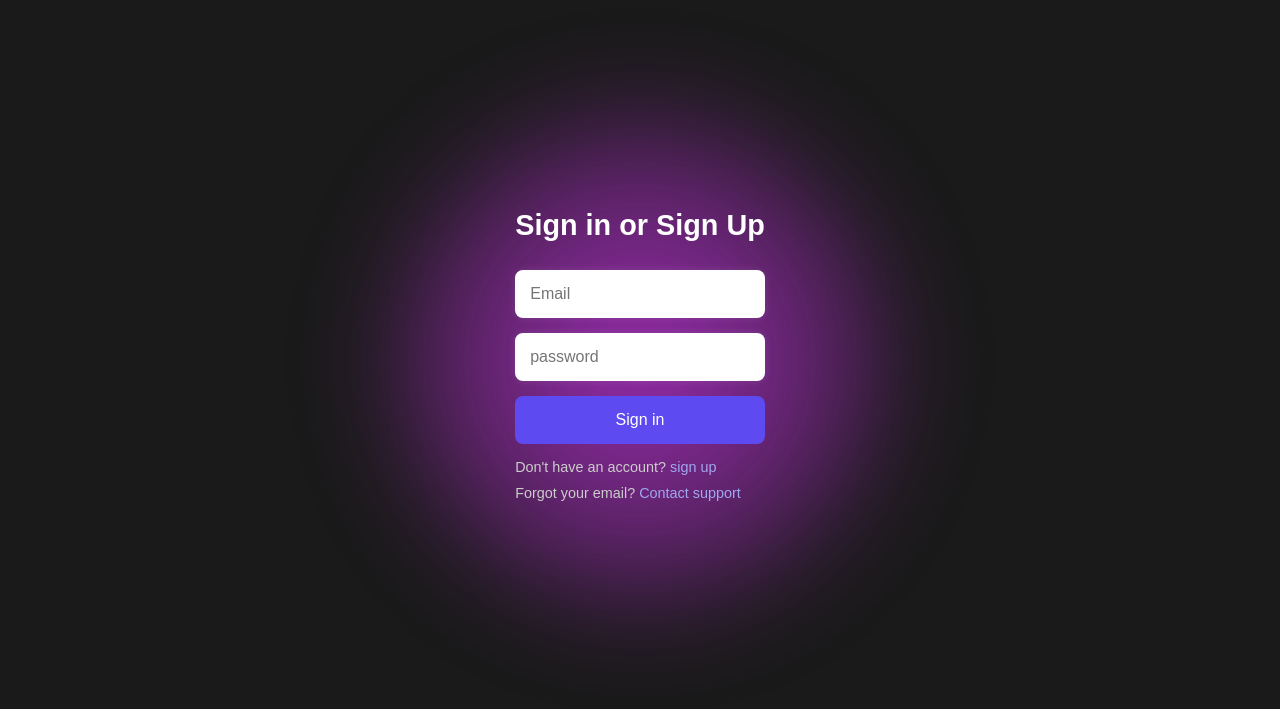
Repository: cmd-keyu/mobileppsh
Page: pages/login.html
These files come from the project's save history. The page is drawn as it stood at one moment and after the next save; the edit follows.
The browser window is 1280 px wide. The pictures show the whole page.

Above is the page before, as saved 2024-11-12 00:13:55.

### pages/login.html
<!DOCTYPE html>
<html lang="en">
<head>
  <meta charset="UTF-8">
  <meta name="viewport" content="width=device-width, initial-scale=1.0">
  <title>Sign In Form</title>
  <link rel="stylesheet" href="../css/login.css">
  <script src="../javascript/login.js" defer></script>
</head>
<body>
  <div class="container">
    <div class="glow-box">
      <h2 style="color: white;">Sign in or Sign Up</h2>
      <br>
      <!-- <p>All that is required is only your email for sign-up or sign-in!!</p> -->
      <form action="account.html">
        <div class="sign-up">
            <input type="text" placeholder="name" class="disabled-btn">
            <br>
            <br>
            <input type="text" placeholder="address (Optional)">
            <br>
            </div>
        <input type="email" placeholder="Email" required>
        <input type="password" placeholder="password" required>
        <button type="submit" class="sign-in-btn-hide">Sign in</button>
        <button type="submit" class="sign-up-btn-hide">Sign up</button>
      </form>
      <div class="support">
        <p class="sign-up-text-hide">Don't have an account? <label for="sign-up-btn" class="colorsnup">sign up</label><button class="sign-up-btn hide-btn2" id="sign-up-btn">sign up</button></p>
        <p class="sign-in-text-hide">Already have an account? <label for="sign-in-btn" class="colorsnup">sign in</label><button class="sign-in-btn hide-btn2" id="sign-in-btn">sign in</button></p>
        <p>Forgot your email? <a href="#">Contact support</a></p>
      </div>
    </div>
  </div>
</body>
</html>

### css/login.css
* {
    margin: 0;
    padding: 0;
    box-sizing: border-box;
    font-family: Arial, sans-serif;
  }

  body {
    display: flex;
    justify-content: center;
    align-items: center;
    height: 100vh;
    background-color: #1a1a1a;
  }

  .container {
    display: flex;
    justify-content: center;
    align-items: center;
    height: 100%;
  }

  .glow-box::before {
    content: '';
    position: absolute;
    top: 50%;
    left: 50%;
    width: 500px;
    height: 500px;
    background: radial-gradient(circle, rgba(213, 52, 245, 0.719), transparent);
    transform: translate(-50%, -50%);
    z-index: -1;
    border-radius: 50%;
    filter: blur(50px);
  }

  h2 {
    font-size: 1.8em;
    margin-bottom: 10px;
  }
  label:hover{

    text-decoration: underline;

  }

  p {
    margin-bottom: 10px;
    font-size: 0.9em;
    color: #ccc;
  }

  form {
    display: flex;
    flex-direction: column;
    gap: 15px;
  }

  input[type="email"] {
    padding: 15px;
    font-size: 1em;
    border: none;
    border-radius: 8px;
    outline: none;
    width: 100%;
    box-shadow: 0 0 8px rgba(255, 255, 255, 0.1);
  }
  input[type="password"] {
    padding: 15px;
    font-size: 1em;
    border: none;
    border-radius: 8px;
    outline: none;
    width: 100%;
    box-shadow: 0 0 8px rgba(255, 255, 255, 0.1);
  }

  input[type="text"] {
    padding: 15px;
    font-size: 1em;
    border: none;
    border-radius: 8px;
    outline: none;
    width: 100%;
    box-shadow: 0 0 8px rgba(255, 255, 255, 0.1);
  }

  button {
    padding: 15px;
    font-size: 1em;
    background-color: #5e4af1;
    color: #fff;
    border: none;
    border-radius: 8px;
    cursor: pointer;
    transition: background 0.3s;
  }

  button:hover {
    background-color: #4a3bdb;
  }

  .support {
    margin-top: 15px;
  }

  .support a {
    color: #a1a7f1;
    text-decoration: none;
  }

  .support a:hover {
    text-decoration: underline;
  }

  .sign-up{
    display: none;
  }

  .colorsnup{
    color: #a1a7f1;
  }

  .sign-up-btn-hide{
    display: none;
  }

  .hide-btn2{
    display: none;
  }

  .sign-in-text-hide{
    display: none;
  }

### javascript/login.js

const sign_up = document.querySelector('.sign-up')
const sign_up_btn = document.querySelector('.sign-up-btn')
const sign_in_btn = document.querySelector('.sign-in-btn')
const sign_in_btn_hide = document.querySelector('.sign-in-btn-hide')
const sign_up_btn_hide = document.querySelector('.sign-up-btn-hide')
const sign_in_text_hide = document.querySelector('.sign-in-text-hide')
const sign_up_text_hide = document.querySelector('.sign-up-text-hide')
const disabled_btn = document.querySelector('.disabled-btn')

sign_up_btn.addEventListener("click", () => {

  sign_up.style.display = 'block'
  sign_in_btn_hide.style.display = 'none'
  sign_up_btn_hide.style.display = 'block'
  sign_in_text_hide.style.display = 'block'
  sign_up_text_hide.style.display = 'none'
  disabled_btn.setAttribute('required', true)

})

sign_in_btn.addEventListener("click", () => {

  sign_up.style.display = 'none'
  sign_in_btn_hide.style.display = 'block'
  sign_up_btn_hide.style.display = 'none'
  sign_in_text_hide.style.display = 'none'
  sign_up_text_hide.style.display = 'block'
  disabled_btn.setAttribute('required', false)

})

After the next save:
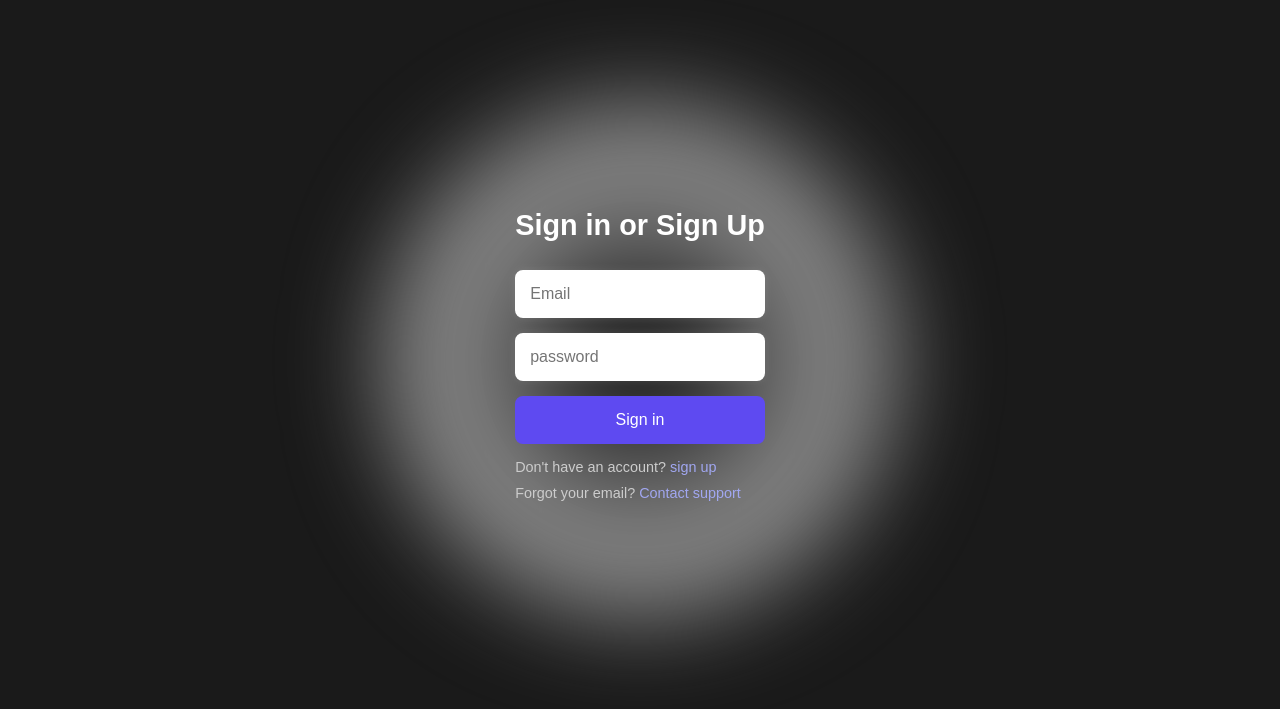
Saved 17 s later.
--- a/css/login.css
+++ b/css/login.css
@@ -27,7 +27,7 @@
     left: 50%;
     width: 500px;
     height: 500px;
-    background: radial-gradient(circle, rgba(213, 52, 245, 0.719), transparent);
+    background: radial-gradient(circle, black, white);
     transform: translate(-50%, -50%);
     z-index: -1;
     border-radius: 50%;
